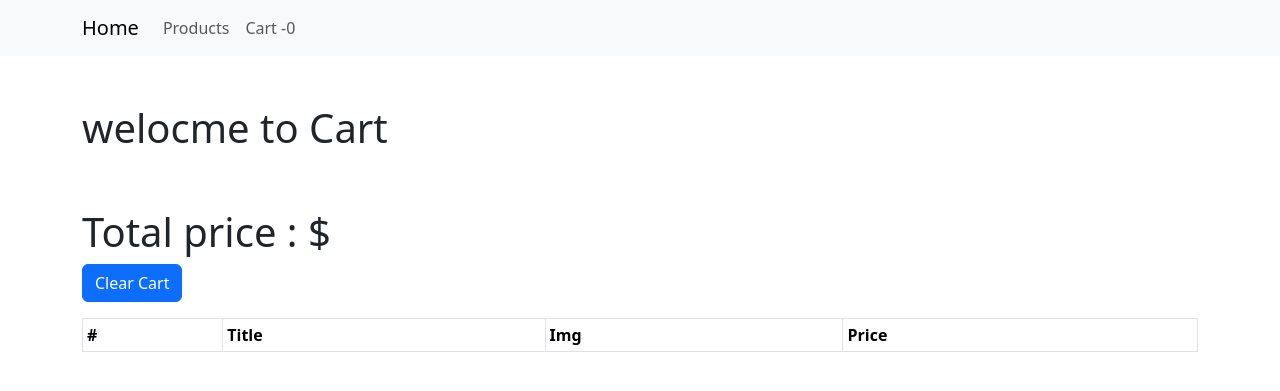
Repository: abdulrahmanmahmood/Basic-Cart-App-Using-Redux-Toolkit
Page: /cart
An editor plug-in stored every save of this project. The page is shown before and after a run of saves, followed by the edit.
The browser window is 1280 px wide. The pictures show the whole page.
The project was rebuilt for these pictures with package versions that can differ from the ones it lists, and the page was loaded fresh each time. Also part of the build but not shown: src/App.css, src/components/Produc.js, src/App.js.

Above is the page before, as saved 2023-09-28 22:03:26.

### public/index.html
<!DOCTYPE html>
<html lang="en">
  <head>
    <meta charset="utf-8" />
    <link rel="icon" href="%PUBLIC_URL%/favicon.ico" />
    <meta name="viewport" content="width=device-width, initial-scale=1" />
    <meta name="theme-color" content="#000000" />
    <meta
      name="description"
      content="Web site created using create-react-app"
    />

    <title>React App</title>
  </head>
  <body>
    <div id="root"></div>

  </body>
</html>

### src/index.js
import React from "react";
import ReactDOM from "react-dom/client";
import "./index.css";
import App from "./App";
import "bootstrap/dist/css/bootstrap.min.css";
import { createBrowserRouter, RouterProvider } from "react-router-dom";
import AppNavbar from "./components/AppNavbar";
import Cart from "./components/Cart";
import { Provider } from "react-redux";
import {store} from './rtk/store';
const router = createBrowserRouter([
  {
    path: "/",
    element: <App />,
  },
  {
    path: "/cart",
    element: (
      <>
        <AppNavbar />
        <Cart />
      </>
    ),
  },
]);

const root = ReactDOM.createRoot(document.getElementById("root"));
root.render(
  <React.StrictMode>
    <Provider store={store}>
      <RouterProvider router={router}>
        <App />
      </RouterProvider>
    </Provider>
  </React.StrictMode>
);

### src/components/AppNavbar.js
import React, { useEffect } from "react";
import { Container, Nav, NavDropdown, Navbar } from "react-bootstrap";
import { useSelector } from "react-redux";
import { Link } from "react-router-dom";

function AppNavbar() {
  const Cart = useSelector((state)=>state.cart);

useEffect(()=>{

},[])
  return (
    <Navbar expand="lg" className="bg-body-tertiary">
      <Container>
        <Link className="navbar-brand" to="/">
          Home
        </Link>
        <Navbar.Toggle aria-controls="basic-navbar-nav" />
        <Navbar.Collapse id="basic-navbar-nav">
          <Nav className="me-auto">
            <Link className="nav-link" to="/">
              Products
            </Link>
            <Link className="nav-link" to="/cart">
              Cart -{Cart.length}
            </Link>
          </Nav>
        </Navbar.Collapse>
      </Container>
    </Navbar>
  );
}

export default AppNavbar;

### src/components/Cart.js
import React from 'react'
import { useDispatch, useSelector } from 'react-redux'
import { clearCart, deleteFromCart } from '../rtk/slicess/cart-slice'
import { Container, Table, Button } from 'react-bootstrap'

function Cart() {
  const dispatch = useDispatch()
  const cart = useSelector((state)=>state.cart);
  const totalPrice = cart.reduce((acc, product)=>{
    acc+=product.price;
    return acc
  },0)
  return (
    <Container>
    <h1 className='py-5'>welocme to Cart</h1>
    <h1>Total price :{totalPrice.ToF} $</h1>
    <Button className='mb-3' onClick={()=>dispatch(clearCart())}>Clear Cart</Button>
    <Table striped bordered hover size="sm">
      <thead>
        <tr>
          <th>#</th>
          <th>Title</th>
          <th>Img</th>
          <th>Price</th>
        </tr>
      </thead>
      <tbody>
        {cart.map((item)=>(
    <tr key={item.id}>
    <td>{item.id}</td>
    <td>{item.title}</td>
    <td><img src={item.image} alt="" width={"100px"} height={"120px"} /></td>
    <td>{item.price} $</td>
    <td><Button variant='danger' onClick={()=>dispatch(deleteFromCart(item))}>Delete</Button></td>
  </tr>
        ))}


      </tbody>
    </Table>
    </Container>
  )
}

export default Cart

### src/rtk/store.js
import { configureStore } from '@reduxjs/toolkit'
import productsReducer from './slicess/products-slice'
import CartReducer from './slicess/cart-slice';

export const store = configureStore({
  reducer: {
    products:productsReducer,
    cart:CartReducer,
  },
})

### src/rtk/slicess/cart-slice.js
import { createSlice } from "@reduxjs/toolkit";

const cartSlice = createSlice({
  name:"cartSlice",
  initialState:[],
  reducers:{
    AddToCart:(state,action)=>{
      state = state.push(action.payload);
    },
    deleteFromCart:(state,action)=>{
    return  state = state.filter((item)=>item.id !== action.payload.id);
    },
    clearCart:(state, actoin)=>{
    return  state = []
    }
  },
  extraReducers:(builder)=>{}
});

export const {AddToCart, deleteFromCart, clearCart} = cartSlice.actions;
export default cartSlice.reducer;

### src/rtk/slicess/products-slice.js
import { createAsyncThunk, createSlice } from "@reduxjs/toolkit";


export const fetchProducts = createAsyncThunk("productsSlice/fetchProducts", async ()=>{
  const res = await fetch("https://fakestoreapi.com/products");
  const data = await res.json();
  return data;
})

const productsSlice = createSlice({
  name:"productsSlice",
  initialState:[],
  reducers:{

  },
  extraReducers:(builder)=>{
    builder.addCase(fetchProducts.pending,(state,action)=>{

    });
  builder.addCase(fetchProducts.fulfilled,(state,action)=>{
    return action.payload
  });
  builder.addCase(fetchProducts.rejected, (state,action)=>{

  })

  }
})

export const {} = productsSlice.actions;

export default productsSlice.reducer;

Loaded but not shown: src/index.css (common file)

After the next 3 saves:
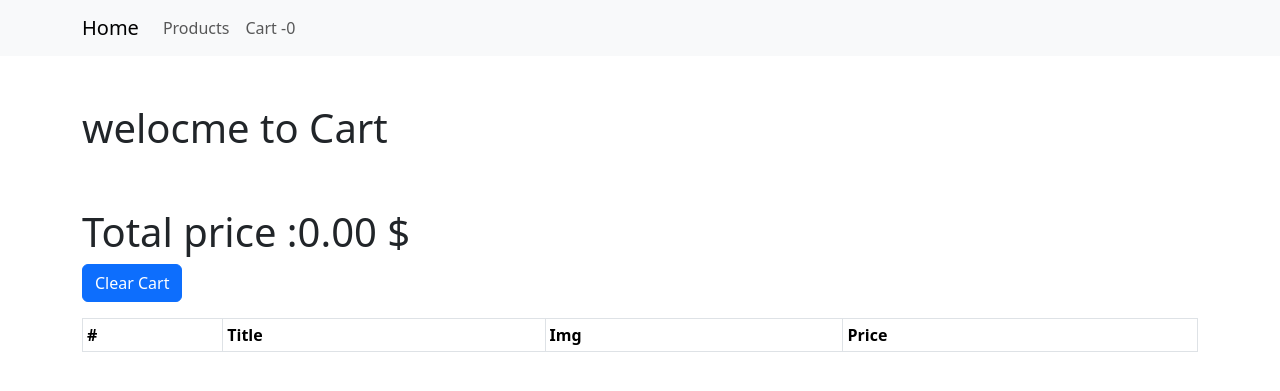
The 3 saves are shown as one change because 1 did not build or start and some came seconds apart.
The last was saved 16 s later.
--- a/src/components/Cart.js
+++ b/src/components/Cart.js
@@ -13,7 +13,7 @@ function Cart() {
   return (
     <Container>
     <h1 className='py-5'>welocme to Cart</h1>
-    <h1>Total price :{totalPrice.ToF} $</h1>
+    <h1>Total price :{totalPrice.toFixed(2)} $</h1>
     <Button className='mb-3' onClick={()=>dispatch(clearCart())}>Clear Cart</Button>
     <Table striped bordered hover size="sm">
       <thead>
